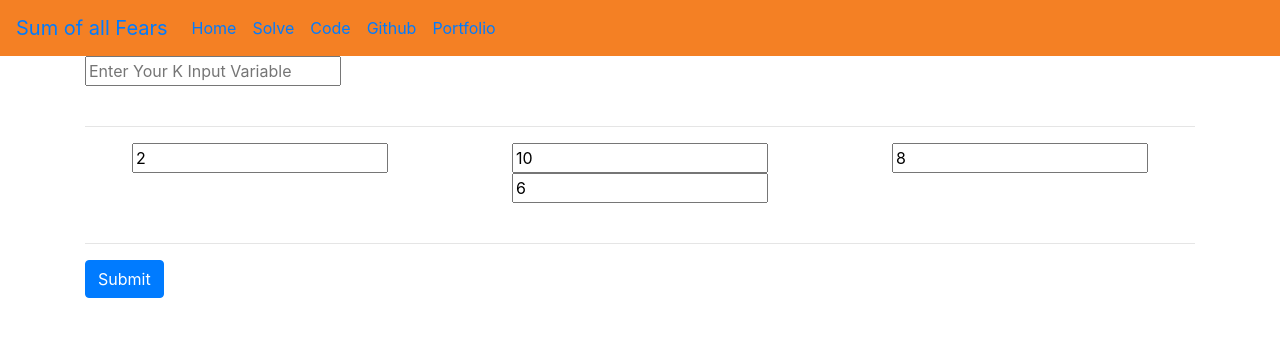
Repository: zhadjah9559/BrainBufferOverflow
Page: solve.html
The author's editor kept a copy of each file at every save. The page is drawn from the files as they stood at one save, then again after the next save.
The browser window is 1280 px wide. The pictures show the whole page.

Above is the page before, as saved 2021-01-18 01:01:08.

### solve.html
<!doctype html>
<html lang="en">
  <head>
    <title>Title</title>
    <!-- Required meta tags -->
    <meta charset="utf-8">
    <meta name="viewport" content="width=device-width, initial-scale=1, shrink-to-fit=no">

    <!-- Bootstrap CSS -->
    <link rel="stylesheet" href="https://stackpath.bootstrapcdn.com/bootstrap/4.3.1/css/bootstrap.min.css" integrity="sha384-ggOyR0iXCbMQv3Xipma34MD+dH/1fQ784/j6cY/iJTQUOhcWr7x9JvoRxT2MZw1T" crossorigin="anonymous">
  </head>
  <body>

    <nav class="navbar navbar-expand-sm" style="background-color: #F48024;">
        <a class="navbar-brand" href="index.html">Sum of all Fears</a>
        <button class="navbar-toggler d-lg-none" type="button" data-toggle="collapse" data-target="#collapsibleNavId" aria-controls="collapsibleNavId"
            aria-expanded="false" aria-label="Toggle navigation"></button>
        <div class="collapse navbar-collapse" id="collapsibleNavId">
            <ul class="navbar-nav mr-auto mt-2 mt-lg-0">
                <li class="nav-item">
                    <a class="nav-link" href="index.html">Home </a>
                </li>
                <li class="nav-item active">
                    <a class="nav-link" href="solve.html">Solve<span class="sr-only">(current)</span></a>
                </li>
                 <li class="nav-item">
                    <a class="nav-link" href="code.html">Code</a>
                </li> <li class="nav-item">
                    <a class="nav-link" href="https://zacharyhadjah.netlify.app">Github</a>
                </li>
                <li class="nav-item">
                    <a class="nav-link" href="https://github.com/zhadjah9559/BrainBufferOverflow">Portfolio</a>
                </li>
            </ul>

        </div>
    </nav>

    <div class="container">

        <!--K input variable-->
       <div class="row justify-content-center">
           <div class="col">
            <input type="number" id="kInput" name="kInput"  placeholder="Enter Your K Input Variable">
           </div>
       </div>
       <br/>
       <hr/>

        <!--User Array Inputs-->
        <div class="row justify-content-center">
            <div class="col-md text-center">
                <input type="number" id="arrayInput1" name="arrayInput0" value="2" placeholder="2">
            </div>
            <div class="col-md text-center">
                <input type="number" id="arrayInput2" name="arrayInput1" value="10" placeholder="10">
            </div>
            <div class="col-md text-center">
                <input type="number" id="arrayInput3" name="arrayInput2" value="8" placeholder="8">
            </div>
            <div class="col-md text-center">
                <input type="number" id="arrayInput4" name="arrayInput3" value="6" placeholder="6">
            </div>
            <p id="output">  </p>
        </div>
        <br/>
        <hr/>

        <!---->
        <div class="row justify-content-center">
            <div class="col">
             <input  class="btn btn-primary" type="submit" id="submitBtn" name="submitBtn"/>
            </div>
        </div>


    </div>


    <!-- Optional JavaScript -->
    <!-- jQuery first, then Popper.js, then Bootstrap JS -->
    <script src="https://code.jquery.com/jquery-3.3.1.slim.min.js" integrity="sha384-q8i/X+965DzO0rT7abK41JStQIAqVgRVzpbzo5smXKp4YfRvH+8abtTE1Pi6jizo" crossorigin="anonymous"></script>
    <script src="https://cdnjs.cloudflare.com/ajax/libs/popper.js/1.14.7/umd/popper.min.js" integrity="sha384-UO2eT0CpHqdSJQ6hJty5KVphtPhzWj9WO1clHTMGa3JDZwrnQq4sF86dIHNDz0W1" crossorigin="anonymous"></script>
    <script src="https://stackpath.bootstrapcdn.com/bootstrap/4.3.1/js/bootstrap.min.js" integrity="sha384-JjSmVgyd0p3pXB1rRibZUAYoIIy6OrQ6VrjIEaFf/nJGzIxFDsf4x0xIM+B07jRM" crossorigin="anonymous"></script>
    <script src="js/site.js"></script>
  </body>
</html>

### js/site.js
    // document.getElementById("btnSubmit").addEventListener("click", doJsWork)

    // hardCodedArray = [10, 15, 3, 7];
    // let numk = parseInt(document.getElementById("kInput").value)
    // let found = false;

    // //Regular program that is working without extra credit
    // function doJsWork(){
    //     for(let i = 0; i = hardCodedArray.length -1; i++){
    //         for (let j = 1; j < hardCodedArray.length; j++) {
    //             if( hardCodedArray[i] + hardCodedArray[j] == numK ){
    //                 output.innerText = `Your number was found! ${hardCodedArray[i]} + ${hardCodedArray[j]} = ${numK}`
    //                 found = true;
    //                 break;
    //             }
    //         }
    //     }
    //     if(!found){
    //         output.innerText = `Your number was not found!`
    //     }
    // }

    //-----------------------------------------------------------------------------------
    //Extra credit
    let numK = document.getElementById("kInput");
    let results = document.getElementById("output");
    let userArray = []
    let ARRAY_SIZE = 4
    document.getElementById("submitBtn").addEventListener("click", evaluateUserInput);

    function evaluateUserInput(){
               //initialize the user inputs using a for loops
               for (let i = 0; i < ARRAY_SIZE; i++) {
                userArray[i] = document.getElementById(`${arrayInput[i]}`)
            }

            for(let i = 0; i = userArray.length -1; i++){
                for (let j = 1; j < userArray.length; j++) {
                    if( userArray[i] + userArray[j] == numK ){
                        output.innerText = `Your number was found! ${userArray[i]} + ${userArray[j]} = ${numK}`
                        found = true;
                        break;
                    }
                }
            }
            if(!found){
                output.innerText = `Your number was not found!`
            }
    }


    //generate array of length that will contain 20 elements
    //those 20 elements will all be random numbers
    // function generateArray() {
    //     let ARRAY_LENGTH = 20                                   //parseInt(document.getElementById("arrayNum").value);
    //     let randomArray = []
    //     for (let i = 0; i < ARRAY_LENGTH; i++) {
    //         randomArray.push(Math.floor(Math.random() * 100) + 1)
    //     }
    //     return randomArray;
    // }

After the next save:
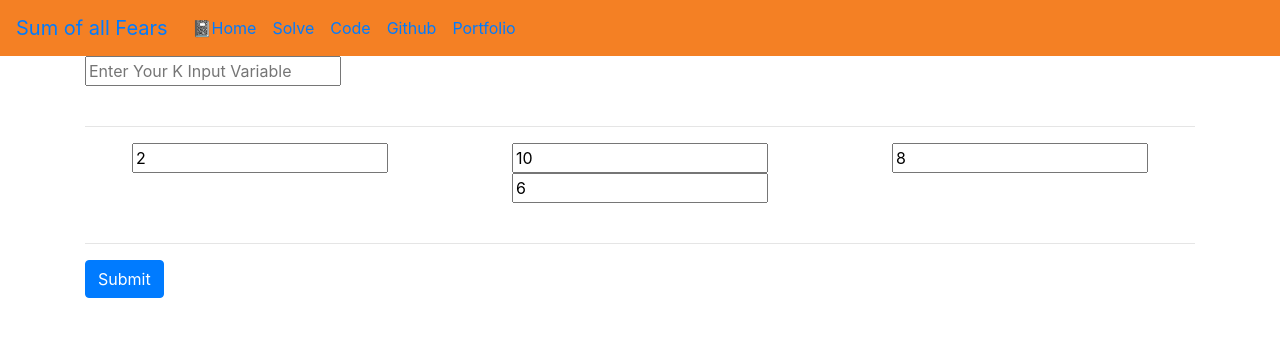
Saved 27 s later.
--- a/solve.html
+++ b/solve.html
@@ -18,7 +18,7 @@
         <div class="collapse navbar-collapse" id="collapsibleNavId">
             <ul class="navbar-nav mr-auto mt-2 mt-lg-0">
                 <li class="nav-item">
-                    <a class="nav-link" href="index.html">Home </a>
+                    <a class="nav-link" href="index.html">📓Home </a>
                 </li>
                 <li class="nav-item active">
                     <a class="nav-link" href="solve.html">Solve<span class="sr-only">(current)</span></a>
